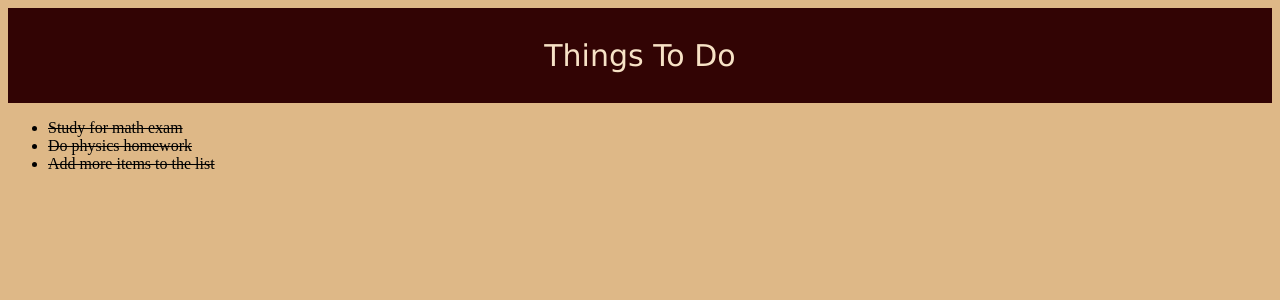
Repository: riya10483/pomodoro
Page: todo.html
The author's editor kept a copy of each file at every save. The page is drawn from the files as they stood at one save, then again after the next save.
The browser window is 1280 px wide. The pictures show the whole page.
Some web fonts or font styles are not loaded; a fallback is used.

Above is the page before, as saved 2024-09-28 18:47:20.

After the next save:
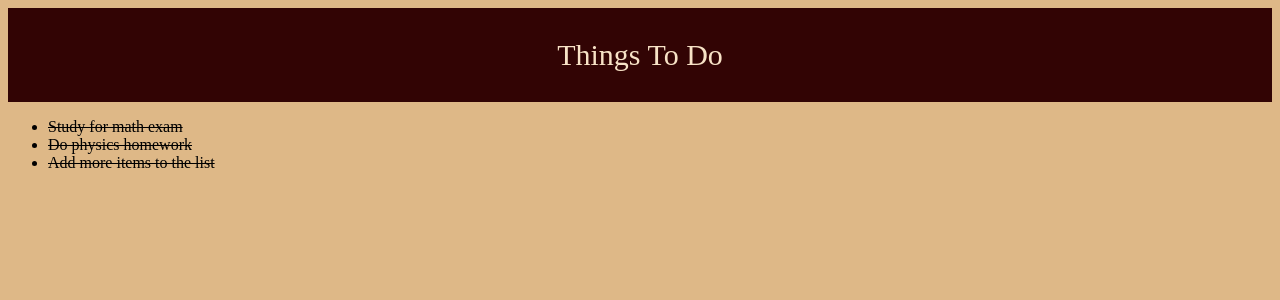
Saved 115 s later.
--- a/todo.css
+++ b/todo.css
@@ -6,7 +6,7 @@
     padding: 30px;
     background-color:rgb(50, 4, 4);
     text-align: center;
-    font-family: Verdana, Geneva, Tahoma, sans-serif;
+    font-family: Rye;
     font-size: 30px;
 }
 
